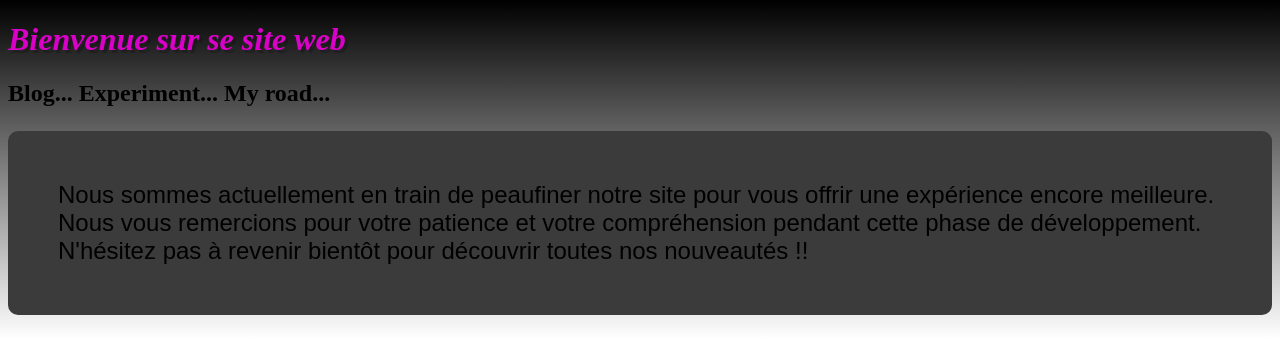
Repository: ValetteEvan/PersonalWebApp
Page: index.html
An editor plug-in stored every save of this project. The page is shown before and after the next save, followed by the edit.
The browser window is 1280 px wide. The pictures show the whole page.
The pointer rests on the first visible `.firstParagraph`.

Above is the page before, as saved 2025-01-07 18:11:32.

After the next save:
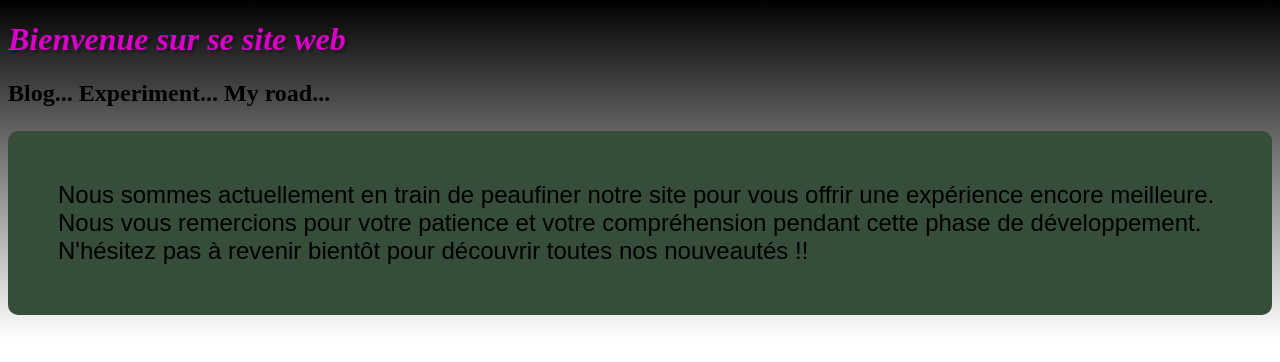
Saved 13 s later.
--- a/style.css
+++ b/style.css
@@ -22,7 +22,7 @@ h1 {
 }
 
 .firstParagraph:hover{
-
+    background-color: rgb(53, 77, 57);
 }
 
 .firstParagraph {
